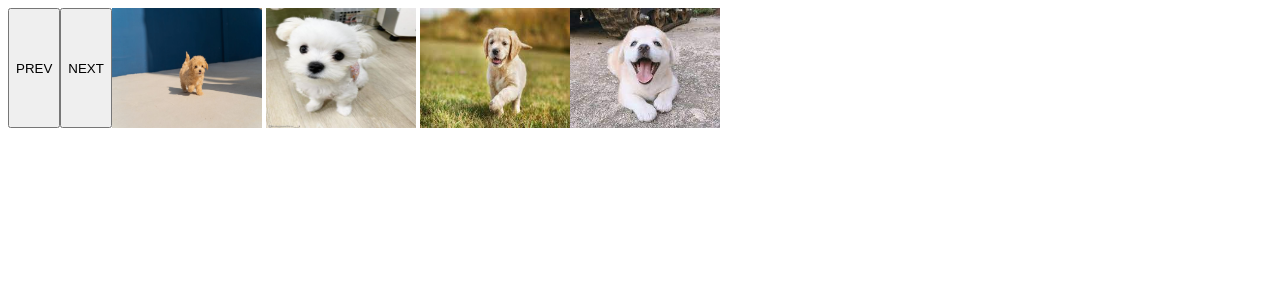
Repository: chopilyeon/JavaWeb
Page: LectureWeb/src/main/webapp/jquery/exam06.html
An editor plug-in stored every save of this project. The page is shown before and after the next save, followed by the edit.
The browser window is 1280 px wide. The pictures show the whole page.

Above is the page before, as saved 2022-05-31 01:26:13.

After the next save:
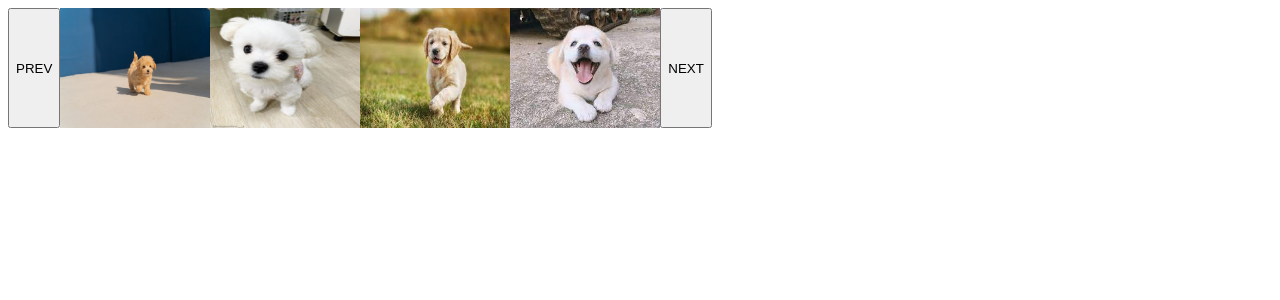
Saved 4 s later.
--- a/LectureWeb/src/main/webapp/jquery/exam06.html
+++ b/LectureWeb/src/main/webapp/jquery/exam06.html
@@ -7,7 +7,7 @@
 	img{
 		width:150px;
 		height:120px;
-		/* float:left;*/
+		float:left;
 		/* 이걸로 div 썼을 때 display:flex 대신 주어도 됨  */
 	}
 

After the save that followed:
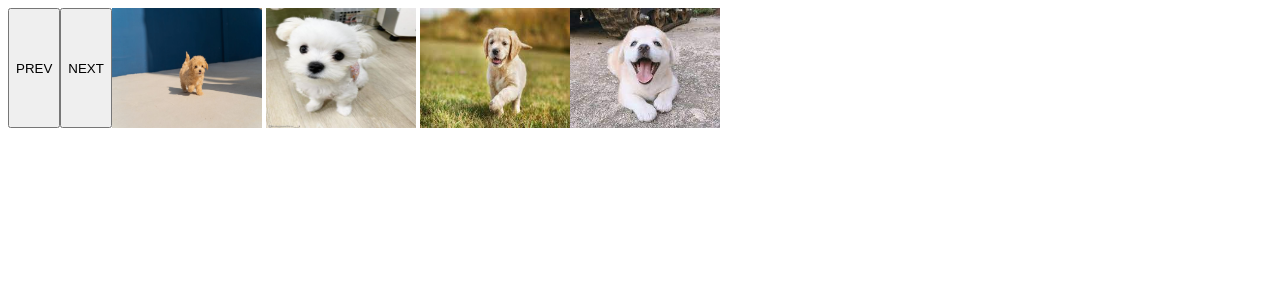
Saved 16 s later.
--- a/LectureWeb/src/main/webapp/jquery/exam06.html
+++ b/LectureWeb/src/main/webapp/jquery/exam06.html
@@ -7,7 +7,7 @@
 	img{
 		width:150px;
 		height:120px;
-		float:left;
+		/* float:left;  */
 		/* 이걸로 div 썼을 때 display:flex 대신 주어도 됨  */
 	}
 
